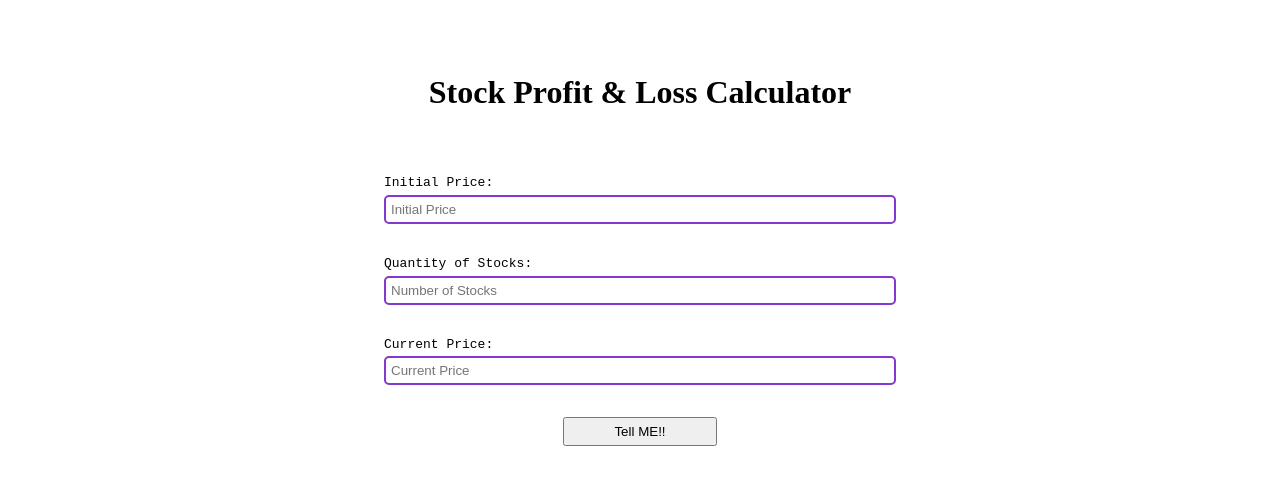
Repository: patelamancode/Stock-P-L-Calculator
Page: index.html
An editor plug-in stored every save of this project. The page is shown before and after the next save, followed by the edit.
The browser window is 1280 px wide. The pictures show the whole page.

Above is the page before, as saved 2022-11-23 18:12:37.

After the next save:
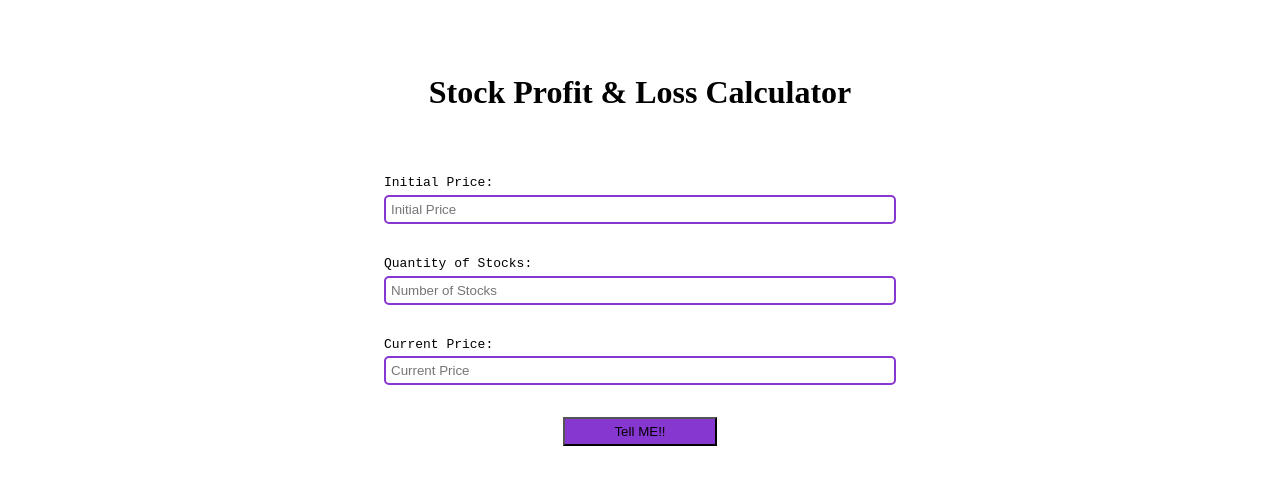
Saved 32 s later.
--- a/index.css
+++ b/index.css
@@ -34,4 +34,5 @@
     margin-top: 2rem;
     width: 30%;
     padding: 5px 0px;
+    background-color:rgb(134, 55, 207);
   }
